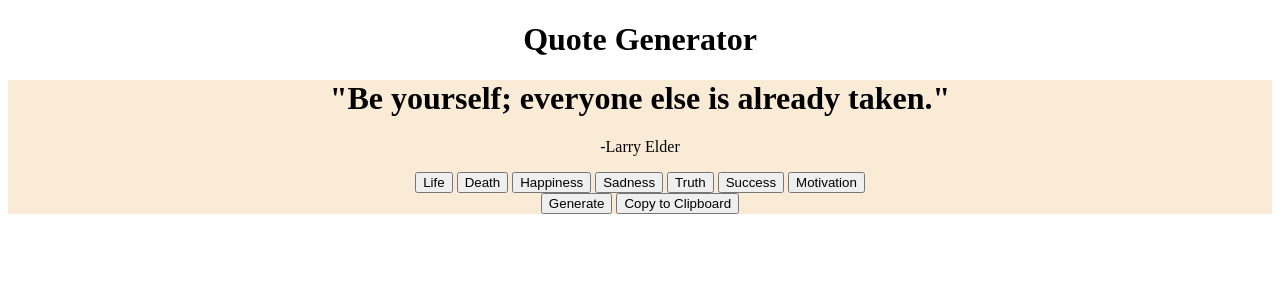
Repository: moehaymanmyint/Random-Quote-Generator
Page: index.html
These files come from the project's save history. The page is drawn as it stood at one moment and after the next save; the edit follows.
The browser window is 1280 px wide. The pictures show the whole page.

Above is the page before, as saved 2024-11-05 22:14:36.

### index.html
<!DOCTYPE html>
<html lang="en">
<head>
    <meta charset="UTF-8">
    <meta name="viewport" content="width=device-width, initial-scale=1.0">
    <title>Quote Generator</title>
    <link rel="stylesheet" href="style.css">
</head>
<body>
    <div class="container">
        <h1>Quote Generator</h1>
        <div class="quote-box">
            <div class="quote">
                <h1>"Be yourself; everyone else is already taken."</h1>
                <p>-Larry Elder</p>
            </div>
            <div class="category">
                <input type="button" value="Life">
                <input type="button" value="Death">
                <input type="button" value="Happiness">
                <input type="button" value="Sadness">
                <input type="button" value="Truth">
                <input type="button" value="Success">
                <input type="button" value="Motivation">
            </div>
            <div class="btn">
                <button>Generate</button>
                <button>Copy to Clipboard</button>
            </div>
        </div>
    </div>
</body>
</html>

### style.css
.container{
    width: 100%;
    text-align: center;
}

.quote-box{
    background-color: antiquewhite;
}

After the next save:
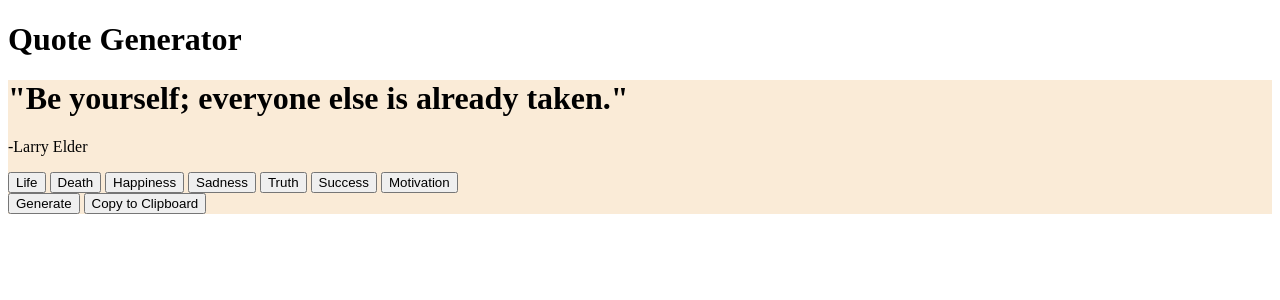
Saved 14 s later.
--- a/style.css
+++ b/style.css
@@ -1,6 +1,6 @@
 .container{
-    width: 100%;
-    text-align: center;
+
+
 }
 
 .quote-box{
